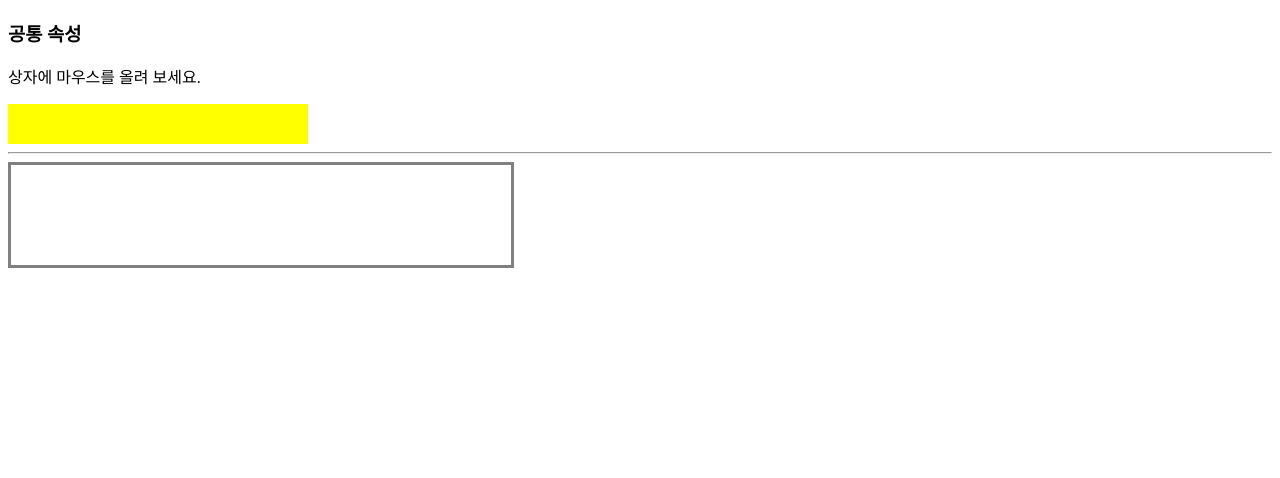
Repository: JiYoon0712/HTML_CSS_javascript
Page: work/study/src/main/webapp/htmlEx/ch02/ex06.html
An editor plug-in stored every save of this project. The page is shown before and after the next save, followed by the edit.
The browser window is 1280 px wide. The pictures show the whole page.

Above is the page before, as saved 2023-04-03 03:11:34.

### work/study/src/main/webapp/htmlEx/ch02/ex06.html
<!DOCTYPE html>
<html>
<head>
<meta charset="UTF-8">
<title>Insert title here</title>
<style type="text/css">
.box{
	border: 3px solid gray;
	width: 500px;
	height: 100px;
	overflow: auto;
}

.box2{
	border: 3px solid blue;
	width: 450px;
	padding: 25px;
	text-align: center;
	font-weight: 700;
}

</style>

</head>
<body>

<h3> 공통 속성 </h3>

<p>상자에 마우스를 올려 보세요.</p>
<div title="안녕..." style="width:300px; height:40px; background: yellow;"></div>
<hr>

<div class = "box" contenteditable="true"></div>

</body>
</html>

After the next save:
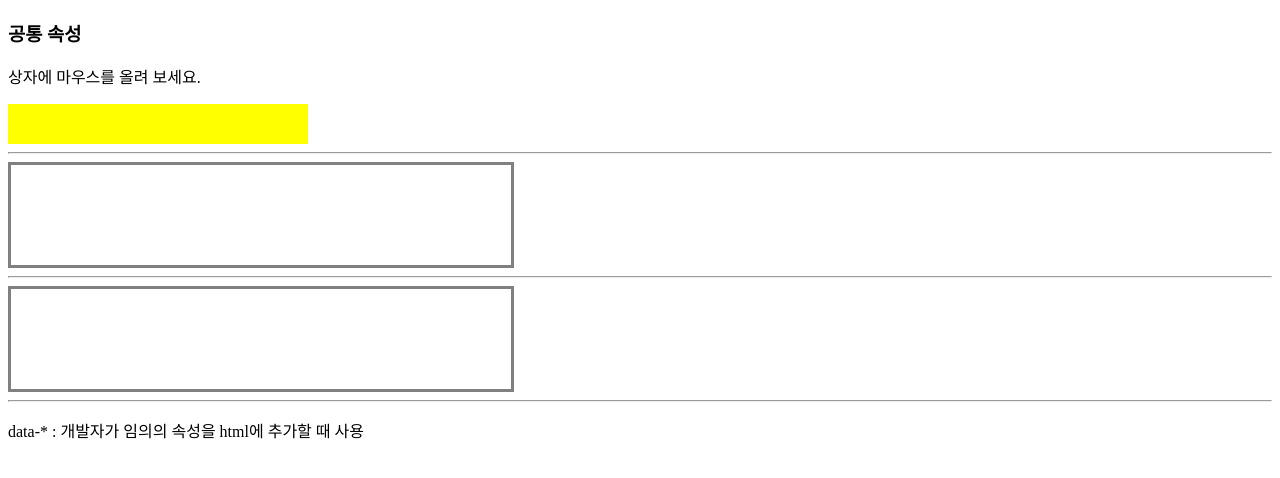
Saved 54 s later.
--- a/work/study/src/main/webapp/htmlEx/ch02/ex06.html
+++ b/work/study/src/main/webapp/htmlEx/ch02/ex06.html
@@ -30,7 +30,11 @@
 <div title="안녕..." style="width:300px; height:40px; background: yellow;"></div>
 <hr>
 
+<div class ="box" ></div>
+<hr>
 <div class = "box" contenteditable="true"></div>
+<hr>
 
+<p>data-* : 개발자가 임의의 속성을 html에 추가할 때 사용</p>
 </body>
 </html>
